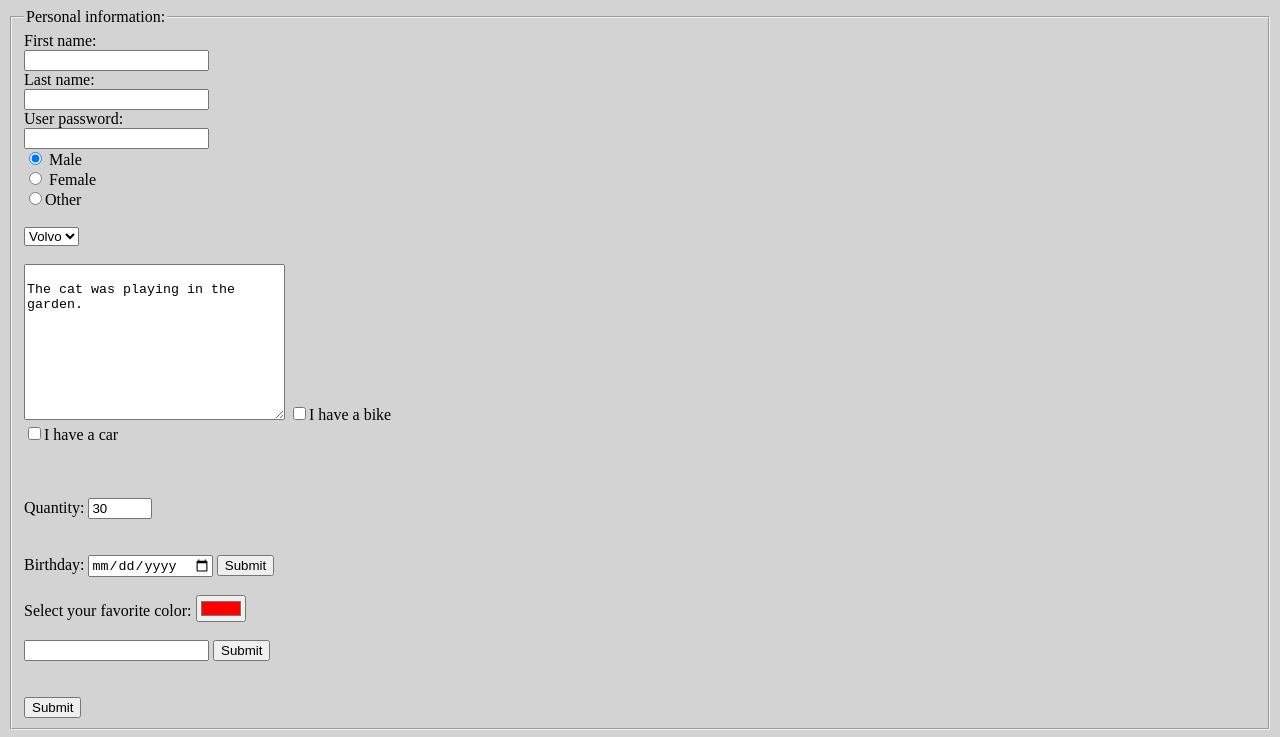
Repository: BaekJiGyeong/JSP
Page: http://localhost/AEA_Lesson0204/list.jsp
The author's editor kept a copy of each file at every save. The page is drawn from the files as they stood at one save, then again after the next save.
The browser window is 1280 px wide. The pictures show the whole page.
The page is served by Tomcat 9.

Above is the page before, as saved 2016-02-04 11:16:36.

After the next save:
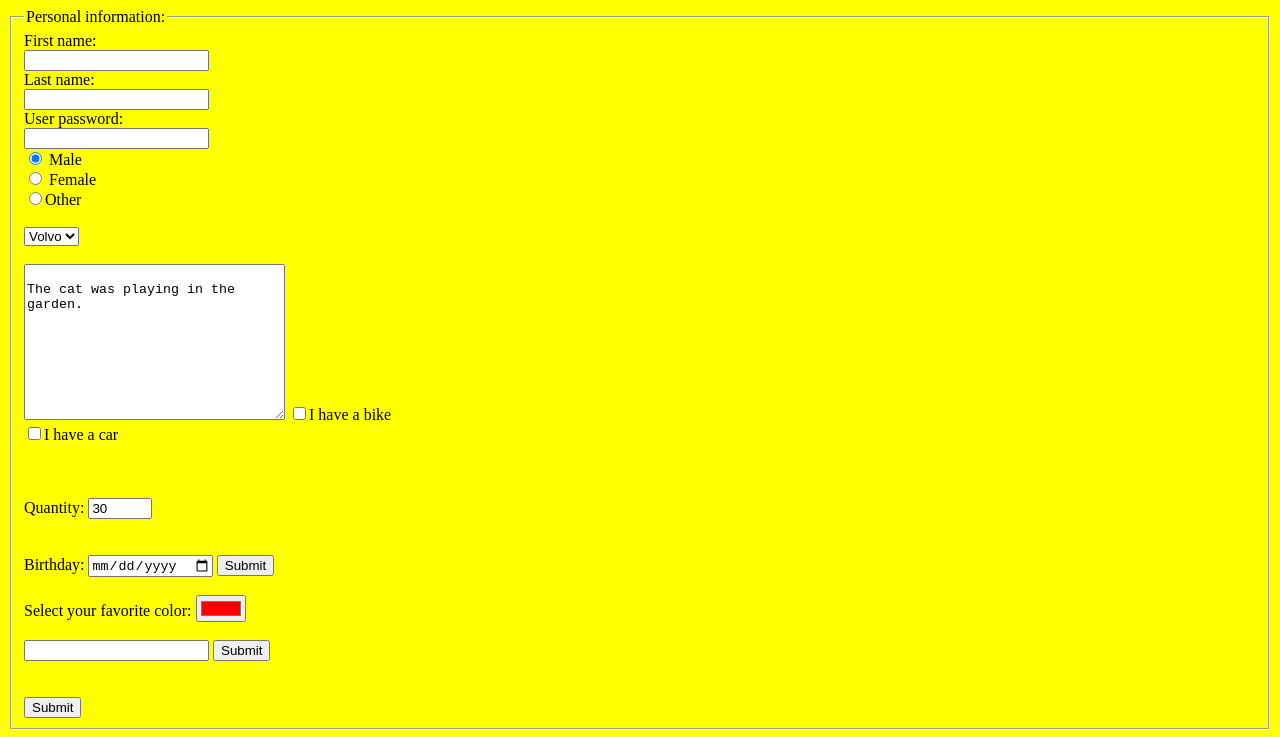
Saved 20 s later.
--- a/AEA_Lesson0204/WebContent/list.jsp
+++ b/AEA_Lesson0204/WebContent/list.jsp
@@ -6,7 +6,7 @@
 <meta http-equiv="Content-Type" content="text/html; charset=UTF-8">
 <title>Insert title here</title>
 </head>
-<body style="background-color:lightgrey;">
+<body style="background-color:yellow;">
 
 	<form method="post" action="/AEA_Lesson0204/resultpage">
 		<fieldset>
